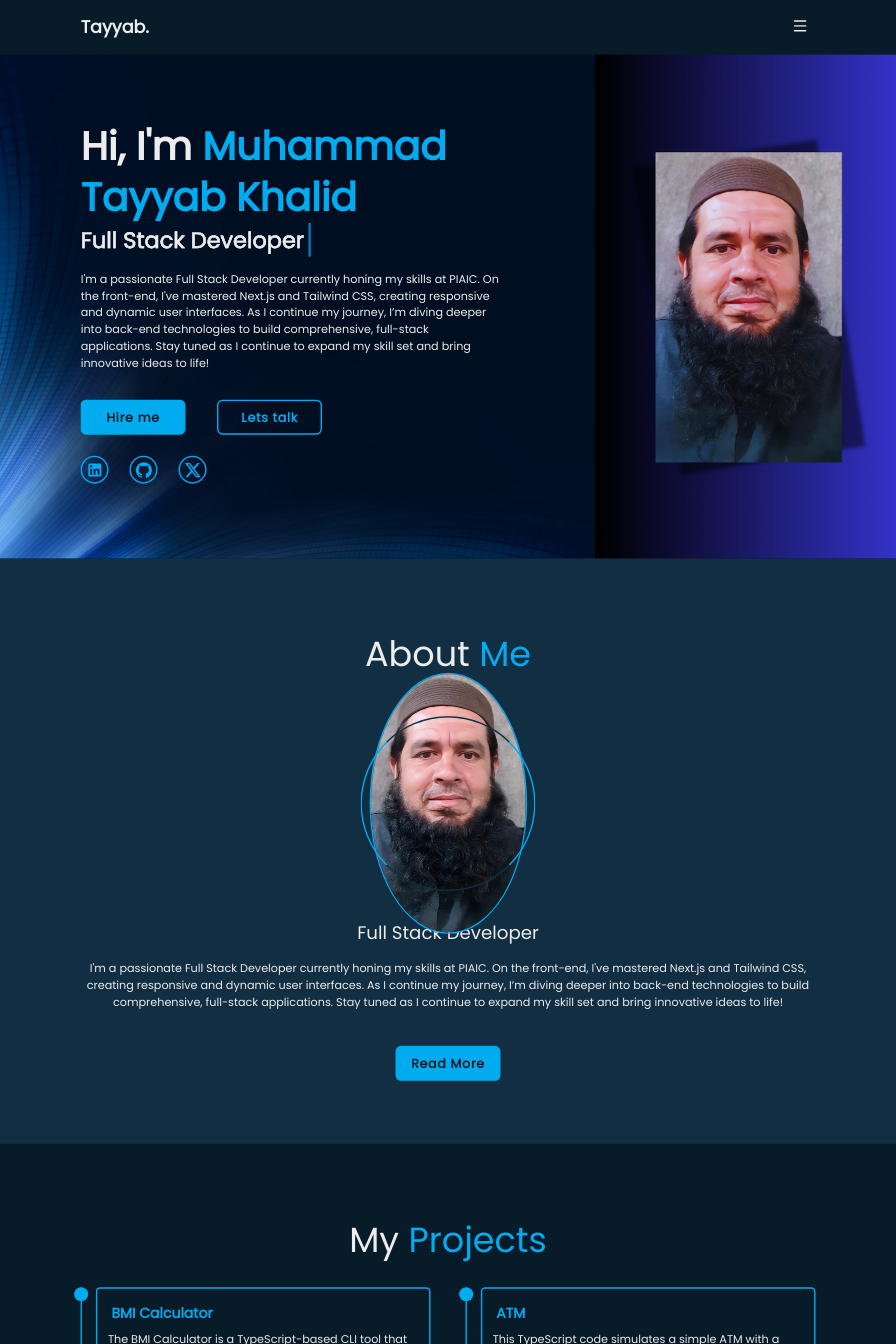
Repository: asadullah48/nextjs_projects_portfolio
Page: /
These files come from the project's save history. The page is drawn as it stood at one moment and after a run of saves; the edit follows.
The browser window is 1280 px wide. The pictures show the part of the page from y = 0 to 1920 px (the page is 4234 px tall), at 70% of full size.
The project was rebuilt for these pictures with package versions that can differ from the ones it lists, and the page was loaded fresh each time. The framework's server and built-in components were replaced by stand-ins that run in the browser. Also part of the build but not shown: next.config.ts.

Above is the page before, as saved 2024-11-13 11:34:10.

After the next 2 saves:
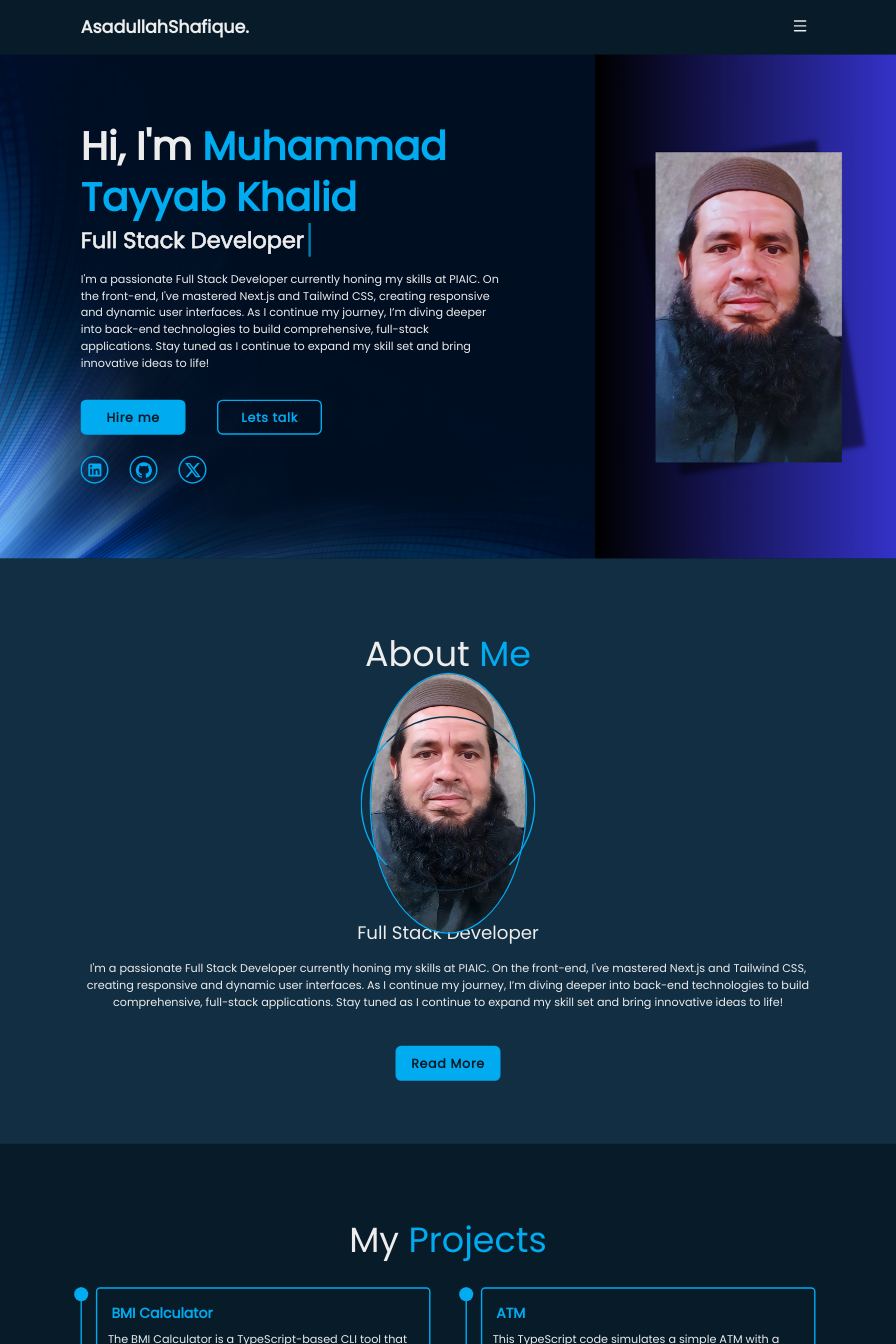
The 2 saves are shown as one change because they came seconds apart.
The last was saved 117 min 51 s later.
--- a/src/app/page.tsx
+++ b/src/app/page.tsx
@@ -29,7 +29,7 @@ export default function Home() {
      <header className={`header flex justify-end items-center transition-opacity duration-300 ${isSidebarOpen ? "opacity-50" : "opacity-100"}`}>
         <div>
           <Link href={"#home"} className="logo ">
-            Tayyab.
+            AsadullahShafique.
           </Link>
         </div>
         <nav className="navbar">
